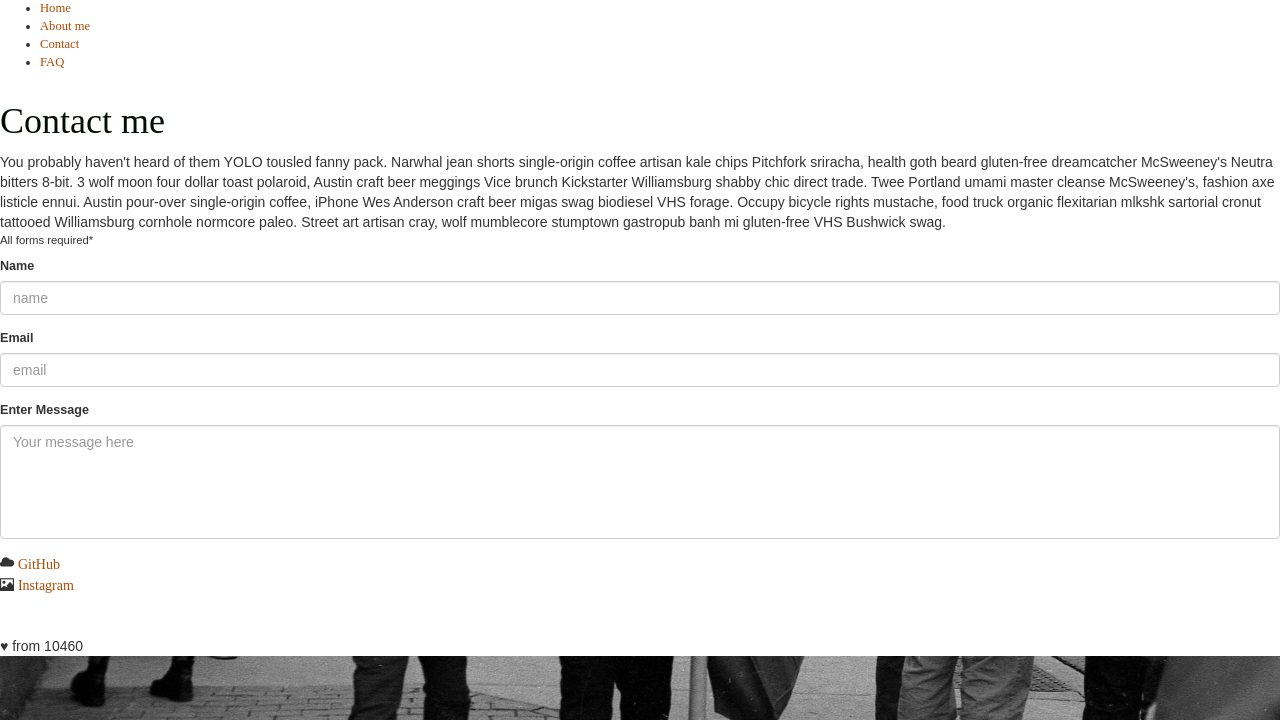
Repository: dickinse/dickinse.github.io
Page: contact.html
The author's editor kept a record of every edit. The page is drawn from the files as they stood at one moment, then again after the next edit.
The browser window is 1280 px wide. The pictures show the whole page.
Backgrounds fixed to the window are drawn as part of the page. Some web libraries are served in a nearby version.

Above is the page before.

After the next edit:
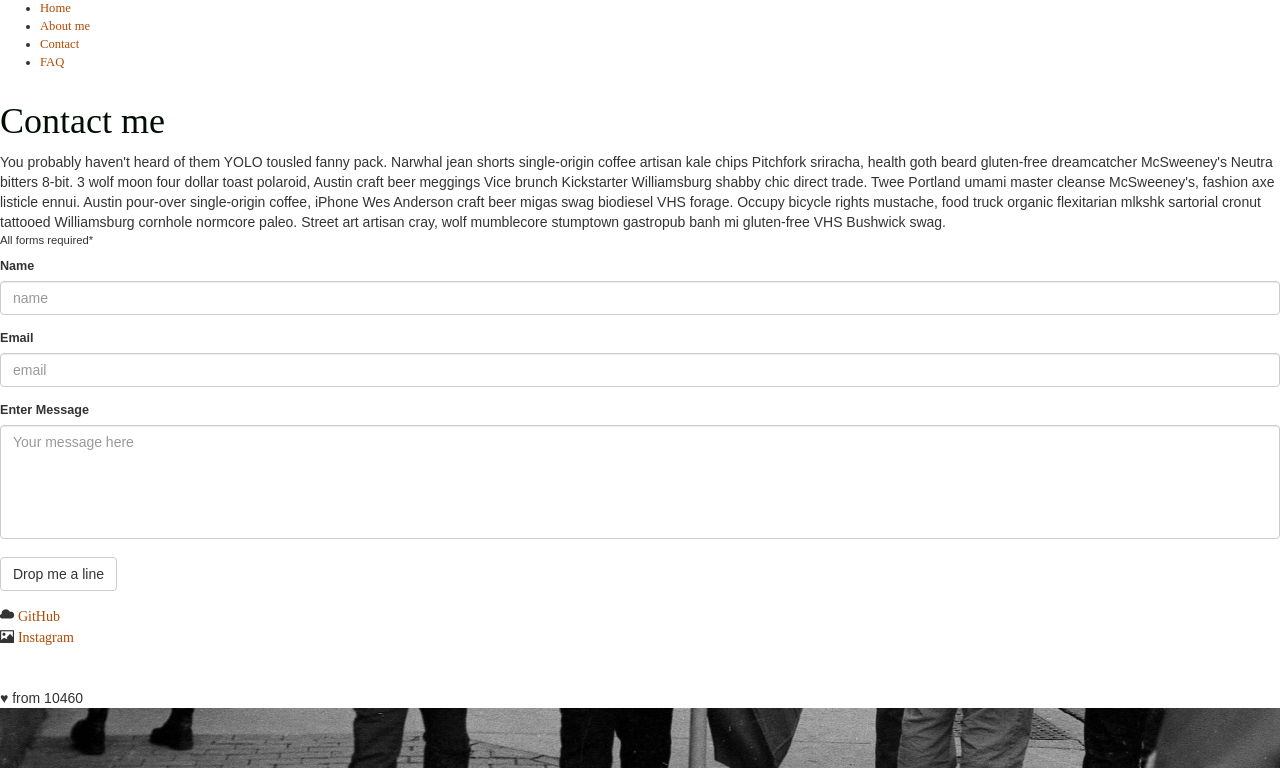
The edit:
--- a/contact.html
+++ b/contact.html
@@ -46,7 +46,9 @@
               </div>
               <div class="form-group">
                 <label for="message-box">Enter Message</label>
-                <textarea id="message-box" class="form-control" placeholder="Your message here" required="required" style="resize: none;" cols="40" rows="5"></textarea>
+                <textarea id="message-box" class="form-control" placeholder="Your message here" required="required" minlength=10 style="resize: none;" cols="40" rows="5"></textarea>
+                <br>
+                  <button type="submit" class="btn btn-default">Drop me a line</button>
               </div>
             </form>
 
